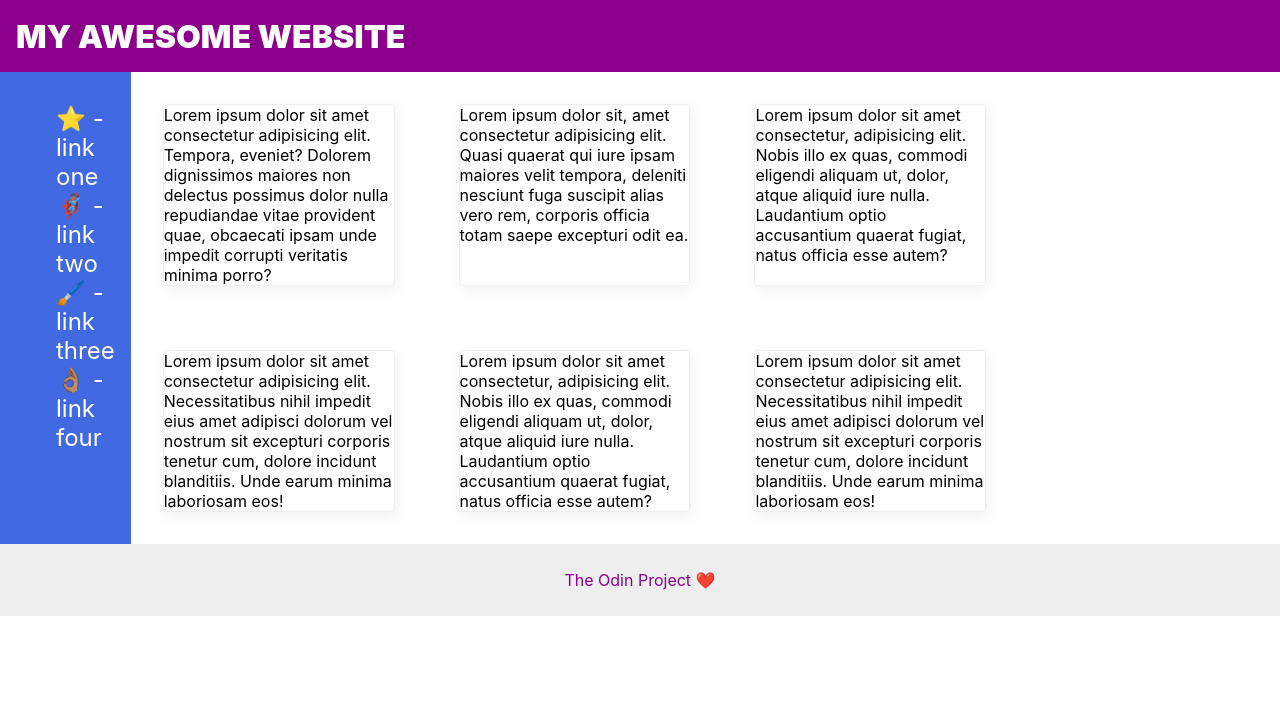
Repository: evemcd/odin_project
Page: 06-odin-css-flex/07-flex-layout-2/index.html
These files come from the project's save history. The page is drawn as it stood at one moment and after the next save; the edit follows.
The browser window is 1280 px wide. The pictures show the whole page.

Above is the page before, as saved 2022-02-04 10:13:04.

### 06-odin-css-flex/07-flex-layout-2/index.html
<!DOCTYPE html>
<html lang="en">

<head>
    <meta charset="UTF-8">
    <meta http-equiv="X-UA-Compatible" content="IE=edge">
    <meta name="viewport" content="width=device-width, initial-scale=1.0">
    <title>The Holy Grail</title>
    <link rel="stylesheet" href="style.css">
</head>

<body>
    <div class="header">
        MY AWESOME WEBSITE
    </div>
    <div class="container">
        <div class="sidebar">
            <ul>
                <li><a href="google.com">⭐ - link one</a></li>
                <li><a href="google.com">🦸🏽‍♂️ - link two</a></li>
                <li><a href="google.com">🖌️ - link three</a></li>
                <li><a href="google.com">👌🏽 - link four</a></li>
            </ul>
        </div>
        <div class="container2">
            <div class="card">Lorem ipsum dolor sit amet consectetur adipisicing elit. Tempora, eveniet? Dolorem
                dignissimos maiores non delectus possimus dolor nulla repudiandae vitae provident quae, obcaecati ipsam unde impedit
                corrupti veritatis minima porro?</div>
            <div class="card">Lorem ipsum dolor sit, amet consectetur adipisicing elit. Quasi quaerat qui iure ipsam
                maiores velit tempora, deleniti nesciunt fuga suscipit alias vero rem, corporis officia totam saepe excepturi
                odit ea.
            </div>
            <div class="card">Lorem ipsum dolor sit amet consectetur, adipisicing elit. Nobis illo ex quas, commodi
                eligendi aliquam ut, dolor, atque aliquid iure nulla. Laudantium optio accusantium quaerat fugiat, natus officia
                esse autem?</div>
            <div class="card">Lorem ipsum dolor sit amet consectetur adipisicing elit. Necessitatibus nihil impedit eius
                amet adipisci dolorum vel nostrum sit excepturi corporis tenetur cum, dolore incidunt blanditiis. Unde
                earum minima laboriosam eos!</div>
            <div class="card">Lorem ipsum dolor sit amet consectetur, adipisicing elit. Nobis illo ex quas, commodi
                eligendi aliquam ut, dolor, atque aliquid iure nulla. Laudantium optio accusantium quaerat fugiat, natus officia
                esse autem?</div>
            <div class="card">Lorem ipsum dolor sit amet consectetur adipisicing elit. Necessitatibus nihil impedit eius
                amet adipisci dolorum vel nostrum sit excepturi corporis tenetur cum, dolore incidunt blanditiis. Unde
                earum minima laboriosam eos!</div>
        </div>
    </div>
    <div class="footer">
        The Odin Project ❤️
    </div>
</body>

</html>

### 06-odin-css-flex/07-flex-layout-2/style.css
body {
    font-family: -apple-system, BlinkMacSystemFont, 'Segoe UI', Roboto, Oxygen, Ubuntu, Cantarell, 'Open Sans', 'Helvetica Neue', sans-serif;
    margin: 0;
    min-height: 100vh;
    box-sizing: border-box;
    display: flex;
    flex-direction: column;
}

.header {
    height: 72px;
    background: darkmagenta;
    color: white;
    font-size: 32px;
    font-weight: 900;
    display: flex;
    align-items: center;
    padding-left: 16px;
}

.footer {
    height: 72px;
    background: #eee;
    color: darkmagenta;
    display: flex;
    align-items: center;
    justify-content: center;
}

.sidebar {
    width: 300px;
    background: royalblue;
    padding: 16px;
}

.card {
    border: 1px solid #eee;
    box-shadow: 2px 4px 16px rgba(0, 0, 0, .06);
    border-radius: 4px;
    width: 20%;
    margin: 32px;
}

.container {
    display: flex;
}

.container2 {
    display: flex;
    flex-wrap: wrap;
}

.sidebar ul {
    list-style: none;
}

.sidebar a {
    font-size: 24px;
    color: white;
    text-decoration: none;
}

After the next save:
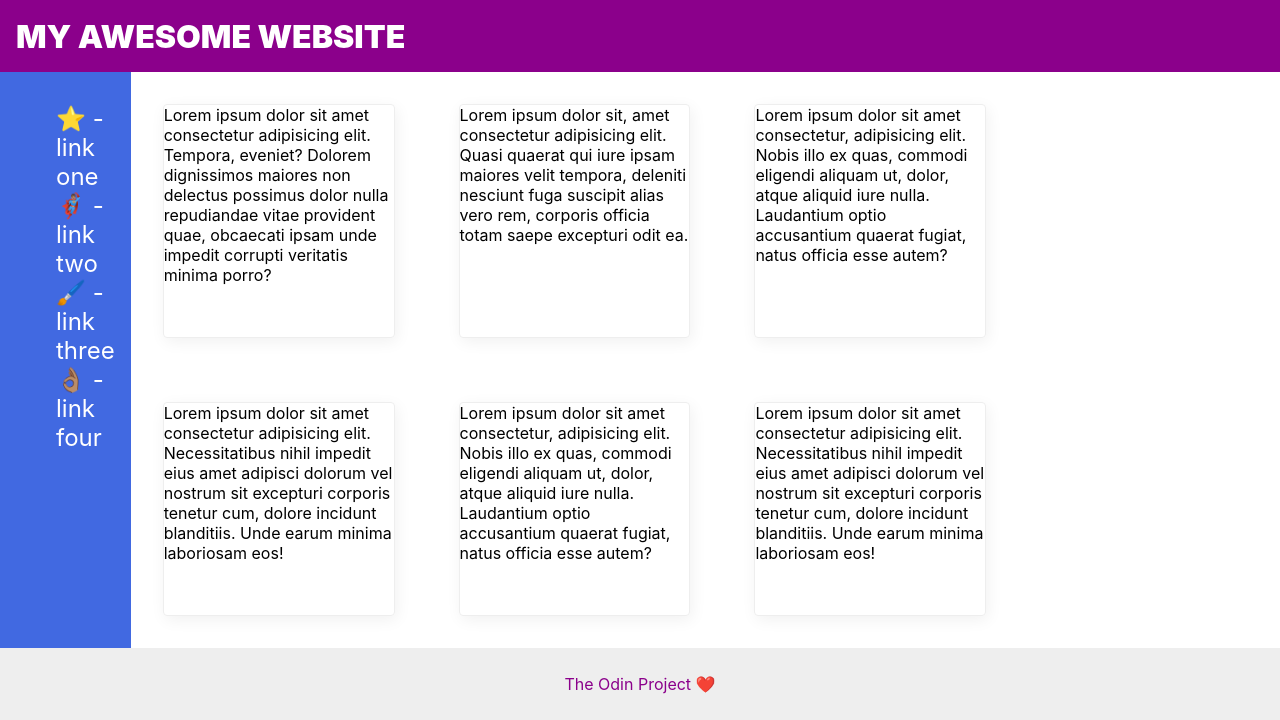
Saved 54 s later.
--- a/06-odin-css-flex/07-flex-layout-2/style.css
+++ b/06-odin-css-flex/07-flex-layout-2/style.css
@@ -15,7 +15,7 @@ body {
     font-weight: 900;
     display: flex;
     align-items: center;
-    padding-left: 16px;
+    padding: 0 16px;
 }
 
 .footer {
@@ -43,6 +43,7 @@ body {
 
 .container {
     display: flex;
+    flex: 1;
 }
 
 .container2 {
